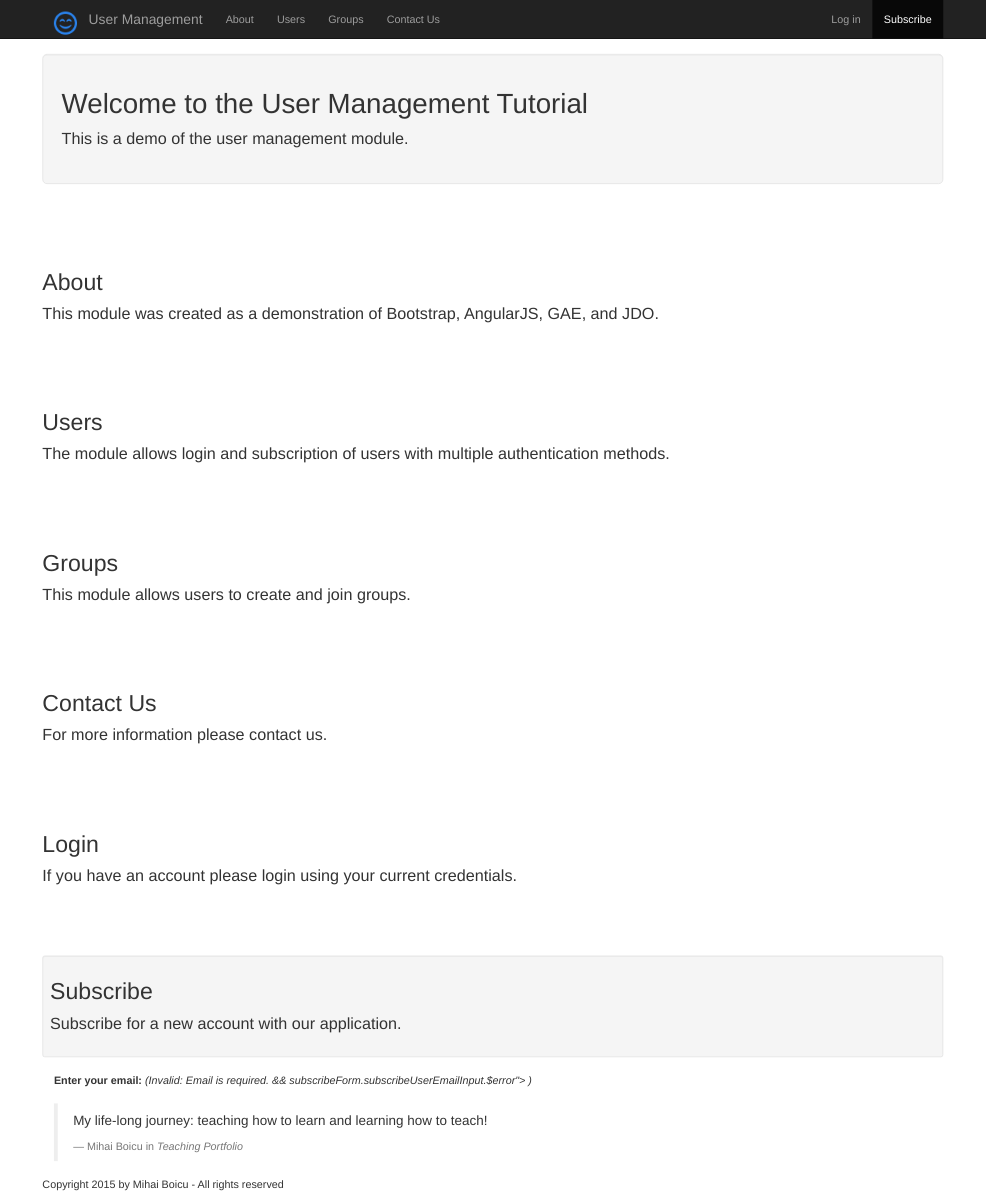
Repository: screenhunter/UMT
Page: UserManagement/war/guest/guest.html
These files come from the project's save history. The page is drawn as it stood at one moment and after the next save; the edit follows.
The browser window is 1280 px wide. The pictures show the whole page, at 77% of full size.

Above is the page before, as saved 2015-08-11 16:36:16.
Console error (its wording comes from the project's code and is left out).

After the next save:
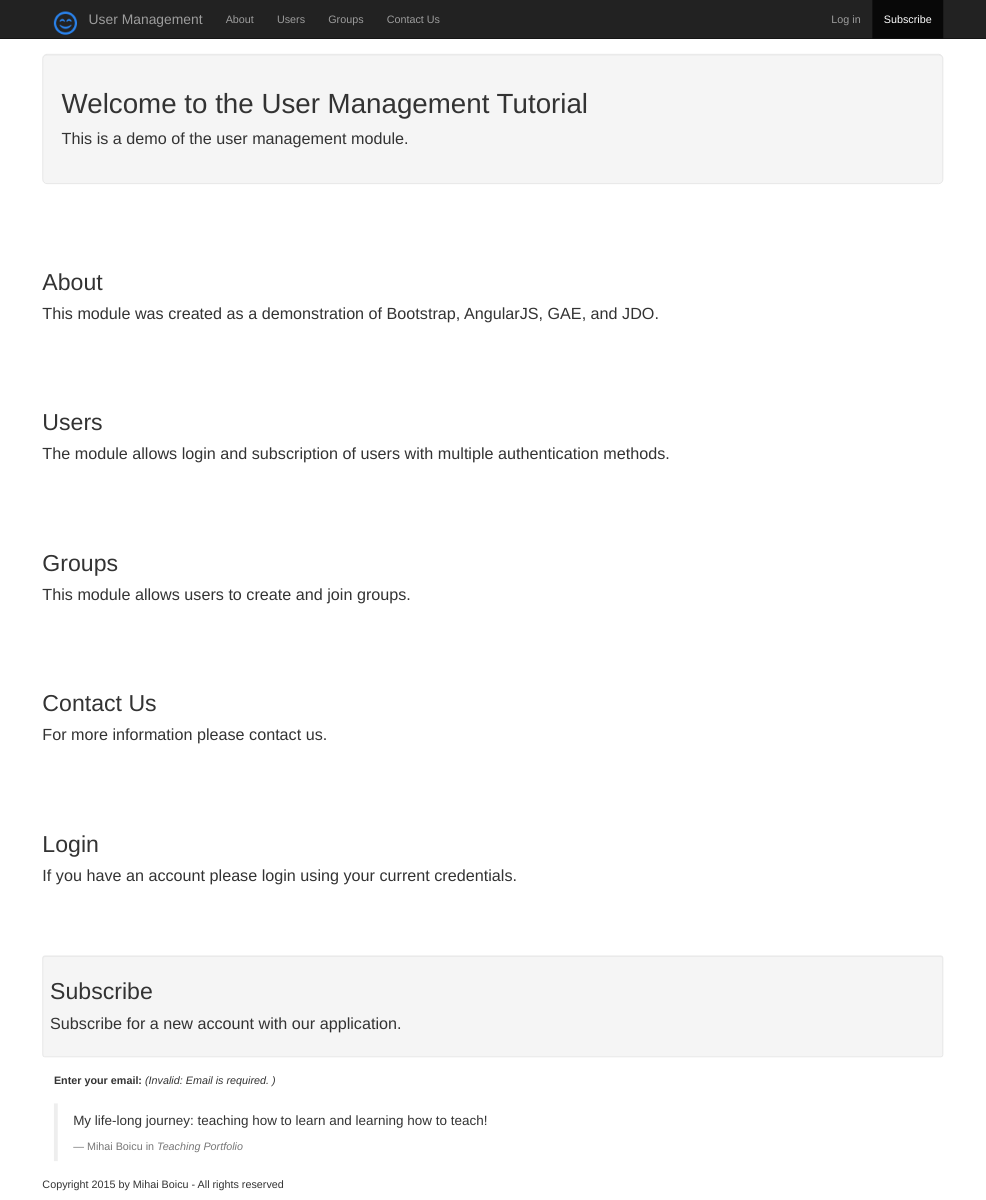
Saved 16 s later.
--- a/UserManagement/war/guest/guest.html
+++ b/UserManagement/war/guest/guest.html
@@ -128,7 +128,8 @@
 							<span data-ng-show="!subscribeForm.subscribeUserEmailInput.$error.required">
 								Email is required.
 							</span>
-								&& subscribeForm.subscribeUserEmailInput.$error">
+							<span data-ng-show="!subscribeForm.subscribeUserEmailInput.$error.required">
+							</span>
 						)</i>
 					</span>
 				</div>
